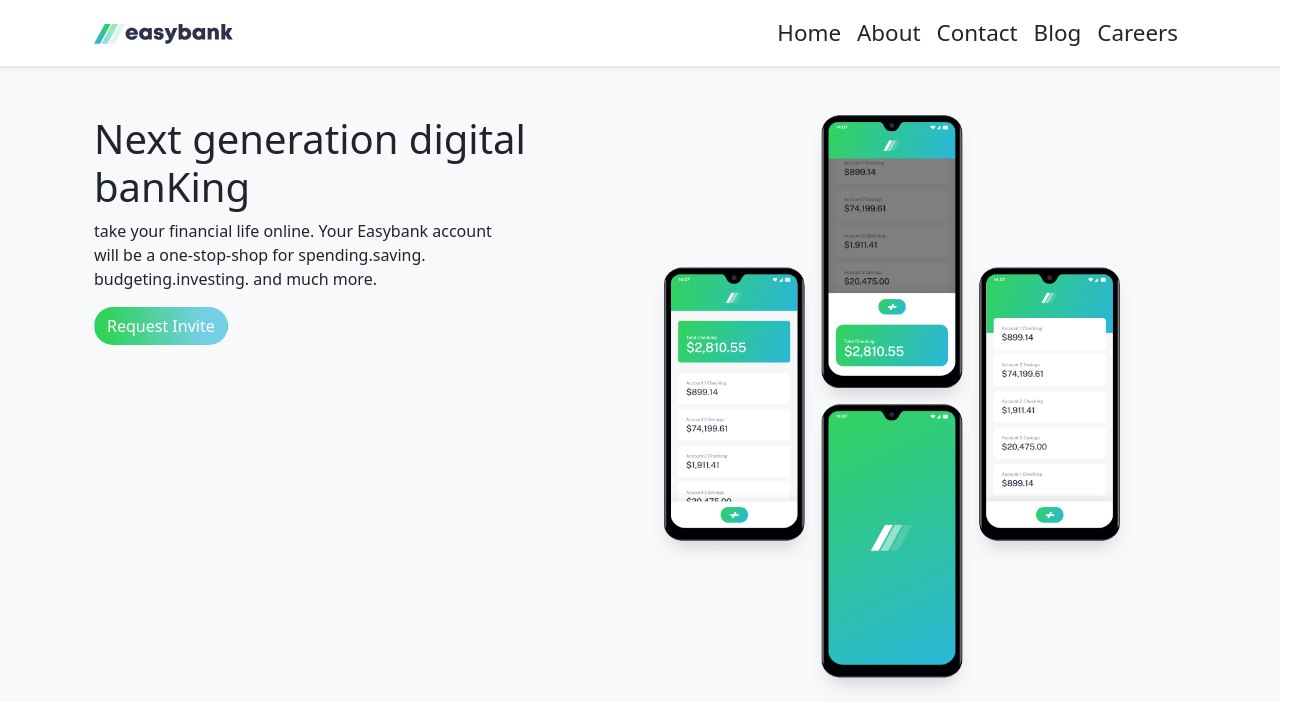
Repository: devbastos/easy-Bank
Page: / (app in frontend/)
The author's editor kept a copy of each file at every save. The page is drawn from the files as they stood at one save, then again after the next save.
The browser window is 1280 px wide. The page is 1280 px wide, then 1292 px, so the pictures cover 1292 px, including what lies to the right of the window. The pictures show the whole page.
Some web libraries are served in a nearby version. The project was rebuilt for these pictures with package versions that can differ from the ones it lists, and the page was loaded fresh each time.

Above is the page before, as saved 2022-02-03 19:05:57.

### frontend/src/index.html
<!doctype html>
<html lang="en">
<head>
  <meta charset="utf-8">
  <title>Frontend</title>
  <base href="/">
  <meta name="viewport" content="width=device-width, initial-scale=1">
  <link rel="icon" type="image/x-icon" href="favicon.ico">
  <link rel="stylesheet" href="../node_modules/bootstrap/dist/css/bootstrap.css">
  <link rel="stylesheet" href="../node_modules/bootstrap-icons/font/bootstrap-icons.css">
  <!-- CSS only -->
<link href="https://cdn.jsdelivr.net/npm/bootstrap@5.1.3/dist/css/bootstrap.min.css" rel="stylesheet" integrity="sha384-1BmE4kWBq78iYhFldvKuhfTAU6auU8tT94WrHftjDbrCEXSU1oBoqyl2QvZ6jIW3" crossorigin="anonymous">
</head>
<body>
  <app-root></app-root>

  <script src="/node_modules/bootstrap/dist/js/bootstrap.bundle.js" crossorigin="anonymous"></script>
  <!-- JavaScript Bundle with Popper -->
<script src="https://cdn.jsdelivr.net/npm/bootstrap@5.1.3/dist/js/bootstrap.bundle.min.js" integrity="sha384-ka7Sk0Gln4gmtz2MlQnikT1wXgYsOg+OMhuP+IlRH9sENBO0LRn5q+8nbTov4+1p" crossorigin="anonymous"></script>
  <!-- JavaScript Bundle with Popper -->
<script src="https://cdn.jsdelivr.net/npm/bootstrap@5.1.3/dist/js/bootstrap.bundle.min.js" integrity="sha384-ka7Sk0Gln4gmtz2MlQnikT1wXgYsOg+OMhuP+IlRH9sENBO0LRn5q+8nbTov4+1p" crossorigin="anonymous"></script>
</body>
</html>

### frontend/src/app/app.module.ts
import { NgModule } from '@angular/core';
import { BrowserModule } from '@angular/platform-browser';

import { AppRoutingModule } from './app-routing.module';
import { AppComponent } from './app.component';
import { NavbarComponent } from './template/navbar/navbar.component';
import { BrowserAnimationsModule } from '@angular/platform-browser/animations';
import { HeaderComponent } from './template/header/header.component';

@NgModule({
  declarations: [
    AppComponent,
    NavbarComponent,
    HeaderComponent,

  ],
  imports: [
    BrowserModule,
    AppRoutingModule,
    BrowserAnimationsModule
  ],
  providers: [],
  bootstrap: [AppComponent]
})
export class AppModule { }

### frontend/src/app/app.component.ts
import { Component } from '@angular/core';

@Component({
  selector: 'app-root',
  templateUrl:'app.Component.html',
})
export class AppComponent {
  title = 'frontend';
}

### frontend/src/app/app.Component.html
<app-navbar></app-navbar>
<app-header></app-header>

### frontend/src/app/template/navbar/navbar.component.html


    <nav class="navbar navbar-expand-lg navbar-dark  border-bottom shadow-sm">
      <div class="container">
          <a class="navbar-brand" href=""><svg xmlns="http://www.w3.org/2000/svg" width="139" height="20"><defs><linearGradient id="a" x1="72.195%" x2="17.503%" y1="0%" y2="100%"><stop offset="0%" stop-color="#33D35E"/><stop offset="100%" stop-color="#2AB6D9"/></linearGradient></defs><g fill="none" fill-rule="evenodd"><path fill="#2D314D" fill-rule="nonzero" d="M37.754 15.847c2.852 0 5.152-1.622 5.952-4.216h-3.897c-.376.665-1.14 1.066-2.055 1.066-1.237 0-2.065-.674-2.32-1.978h8.44c.051-.352.081-.694.081-1.037 0-3.335-2.537-5.95-6.201-5.95-3.568 0-6.175 2.564-6.175 6.049 0 3.473 2.628 6.066 6.175 6.066zm2.344-7.297h-4.596c.317-1.129 1.11-1.749 2.252-1.749 1.181 0 2 .613 2.344 1.75zm10.946 7.296c1.32 0 2.5-.434 3.43-1.188l.336.804h3.027V4.093h-2.919l-.4.88c-.94-.775-2.135-1.222-3.474-1.222-3.476 0-5.961 2.505-5.961 6.026 0 3.533 2.485 6.07 5.961 6.07zm.524-3.467c-1.467 0-2.545-1.108-2.545-2.593 0-1.475 1.069-2.583 2.545-2.583 1.466 0 2.544 1.108 2.544 2.583 0 1.485-1.078 2.593-2.544 2.593zm13.123 3.467c3.02 0 5.025-1.554 5.025-3.93 0-2.883-2.387-3.256-4.183-3.575-1.08-.193-1.95-.344-1.95-.99 0-.527.422-.838 1.05-.838.71 0 1.197.337 1.197 1.063h3.667c-.044-2.303-1.92-3.843-4.816-3.843-2.912 0-4.854 1.47-4.854 3.75 0 2.757 2.337 3.289 4.1 3.574 1.092.181 1.952.368 1.952 1.024 0 .587-.543.88-1.116.88-.742 0-1.32-.383-1.32-1.214h-3.77c.036 2.463 1.919 4.1 5.018 4.1zm8.1 3.858c2.936 0 4.344-1.257 5.877-4.736l4.764-10.863h-4.206l-2.249 6.263-2.412-6.263H70.31l4.698 10.43c-.53 1.414-.983 1.804-2.48 1.804H71.45v3.365h1.341zm18.504-3.858c3.5 0 5.973-2.515 5.973-6.048S94.796 3.75 91.295 3.75a5.332 5.332 0 00-2.825.784V0H84.6v15.474h2.897l.37-.844c.923.771 2.102 1.216 3.428 1.216zm-.523-3.467c-1.467 0-2.545-1.108-2.545-2.58 0-1.486 1.078-2.594 2.545-2.594 1.466 0 2.544 1.108 2.544 2.593 0 1.473-1.087 2.58-2.544 2.58zm13.598 3.467c1.32 0 2.5-.434 3.43-1.188l.336.804h3.027V4.093h-2.918l-.401.88c-.939-.775-2.135-1.222-3.474-1.222-3.476 0-5.96 2.505-5.96 6.026 0 3.533 2.484 6.07 5.96 6.07zm.524-3.467c-1.467 0-2.545-1.108-2.545-2.593 0-1.475 1.07-2.583 2.545-2.583 1.467 0 2.545 1.108 2.545 2.583 0 1.485-1.078 2.593-2.545 2.593zm12.653 3.095V9.403c0-1.447.702-2.3 1.923-2.3.986 0 1.483.657 1.483 1.98v6.39h3.915V8.543c0-2.897-1.733-4.773-4.373-4.773-1.47 0-2.733.565-3.58 1.508l-.537-1.172h-2.747v11.369h3.916zm13.748 0v-4.808l2.848 4.808h4.616l-3.902-5.95 3.543-5.419h-4.397l-2.708 4.454V0h-3.916v15.474h3.916z"/><g fill="url(#a)"><path d="M10.802 0L0 19.704h5.986L16.789 0z"/><path opacity=".5" d="M18.171 0L7.368 19.704h5.986L24.157 0z"/><path opacity=".15" d="M25.539 0L14.737 19.704h5.986L31.525 0z"/></g></g></svg></a>
          <button class="navbar-toggler" type="button" data-bs-toggle="collapse" data-bs-target=".navbar-collapse">
            <svg xmlns="http://www.w3.org/2000/svg" width="30" height="30" fill="currentColor" class="bi bi-list" viewBox="0 0 16 16">
              <path fill-rule="evenodd" d="M2.5 12a.5.5 0 0 1 .5-.5h10a.5.5 0 0 1 0 1H3a.5.5 0 0 1-.5-.5zm0-4a.5.5 0 0 1 .5-.5h10a.5.5 0 0 1 0 1H3a.5.5 0 0 1-.5-.5zm0-4a.5.5 0 0 1 .5-.5h10a.5.5 0 0 1 0 1H3a.5.5 0 0 1-.5-.5z"/>
            </svg>
          </button>
          <div class="navbar-collapse collapse">
              <ul class="navbar-nav flex-grow-1 ">

              </ul>

              <div class="align-self-center">
                  <ul class="navbar-nav">
                    <li class="nav-item">
                      <a class="nav-link text-dark text-dark" aria-current="page" href="#">Home</a>
                    </li>
                    <li class="nav-item">
                      <a class="nav-link text-dark" href="#">About</a>
                    </li>
                    <li class="nav-item">
                      <a class="nav-link text-dark" href="#">Contact</a>
                    </li>
                    <li class="nav-item">
                      <a class="nav-link text-dark">Blog</a>
                    </li>
                    <li class="nav-item">
                        <a class="nav-link text-dark">Careers</a>
                      </li>
                  </ul>
              </div>

              <!-- <div class="align-self-end">
                <ul class="navbar-nav">
                  <li class="nav-item" id="btn">
                      <a class="nav-link" href="">Request Invite</a>
                  </li>
              </ul>
              </div> -->
          </div>
      </div>
  </nav>

### frontend/src/app/template/navbar/navbar.component.css
.navbar-toggler {
  color: black;
  margin-right: 1.5rem;
}

.nav-link {
  font-size: 1.4rem;
}

.nav-item :hover {
  text-decoration: overline 3px #31d35c9c;
  transform: scale(1, 1);
  transition: 0.3s ease;
}
/*
#btn {
  background: 50% rgb(45, 49, 77);
  background: 50%
    linear-gradient(
      90deg,
      rgba(45, 49, 77, 0.719) 24%,
      #31d35c9c 51%,
      rgba(43, 183, 218, 0.664) 100%
    );
  color: #fff;
  border-radius: 10rem;
  margin-left: 5rem;
} */

### frontend/src/app/template/header/header.component.html
<div class="container-fluid bg-light">
    <div class="container">


        <div class="row">
            <div class="col-xxl-4 xol-xl-4 col-md-6 col-sm-12 mt-5 textos">
                <h1>Next generation digital banKing</h1>

                <p>take your financial life online. Your Easybank account <br>
                    will be a one-stop-shop for spending.saving.<br>
                    budgeting.investing. and much more.
                </p>

                <button type="button" class="btn">Request Invite</button>
            </div>

            <div class="col-xxl-6 col-xl-6 col-md-12 col-sm-12 col-12 mt-5">
                <img src="/assets/images/image-mockups.png" alt="">
            </div>
        </div>
    </div>
</div>

### frontend/src/app/template/header/header.component.css
img {
  max-width: 30rem;
}

.btn {
  color: white;
  border-radius: 10rem;
  background: rgb(49, 211, 92);
  background: linear-gradient(
    90deg,
    rgba(49, 211, 92, 1) 10%,
    rgba(43, 183, 218, 0.6397030279503105) 82%
  );
}

Loaded but not shown: frontend/src/main.ts (common file); frontend/src/environments/environment.ts (common file); frontend/src/app/app-routing.module.ts (common file); frontend/src/app/template/navbar/navbar.component.ts (common file); frontend/src/app/template/header/header.component.ts (common file)

After the next save:
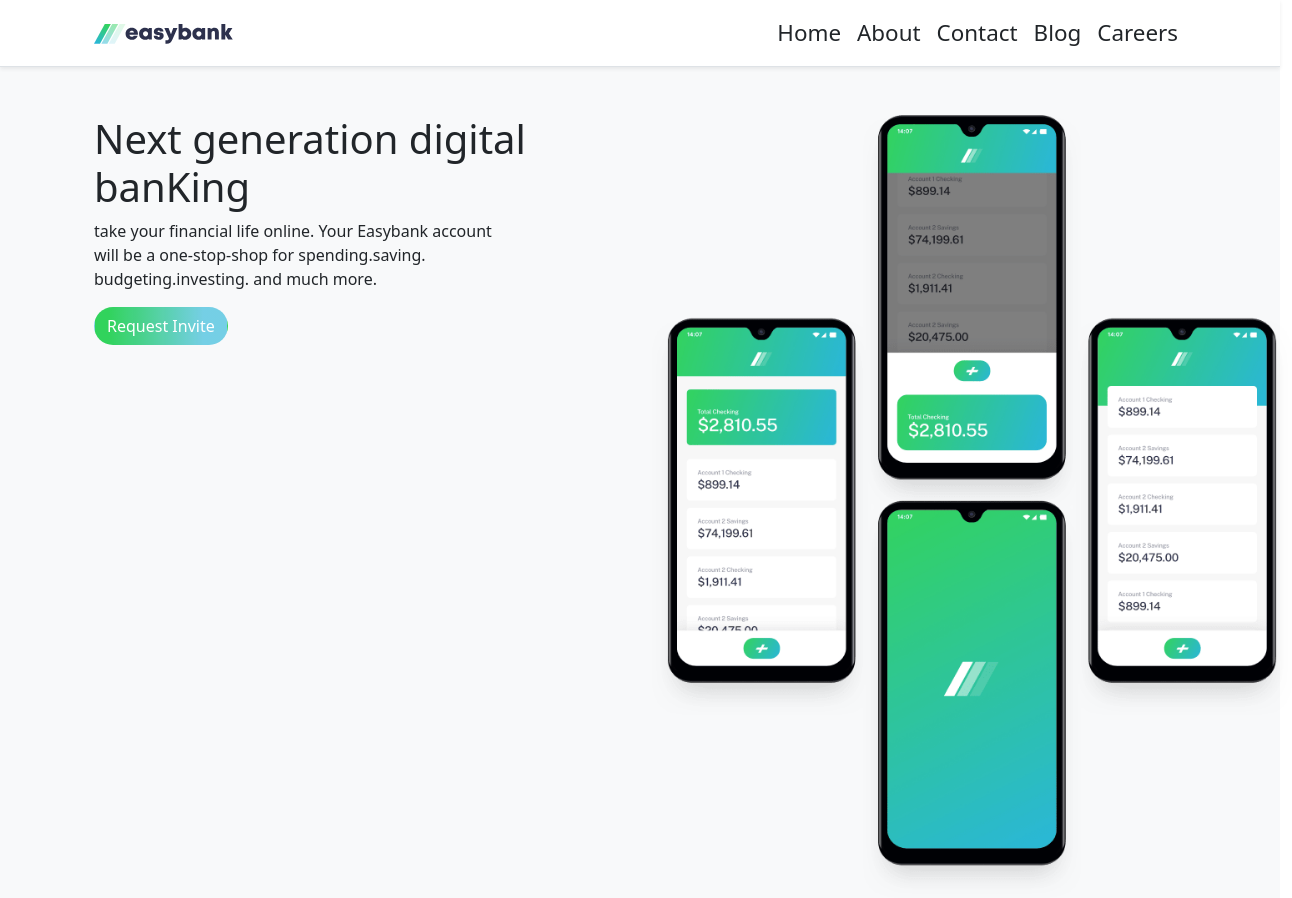
Saved 19 s later.
--- a/frontend/src/app/template/header/header.component.css
+++ b/frontend/src/app/template/header/header.component.css
@@ -1,5 +1,5 @@
 img {
-  max-width: 30rem;
+  max-width: 40rem;
 }
 
 .btn {
